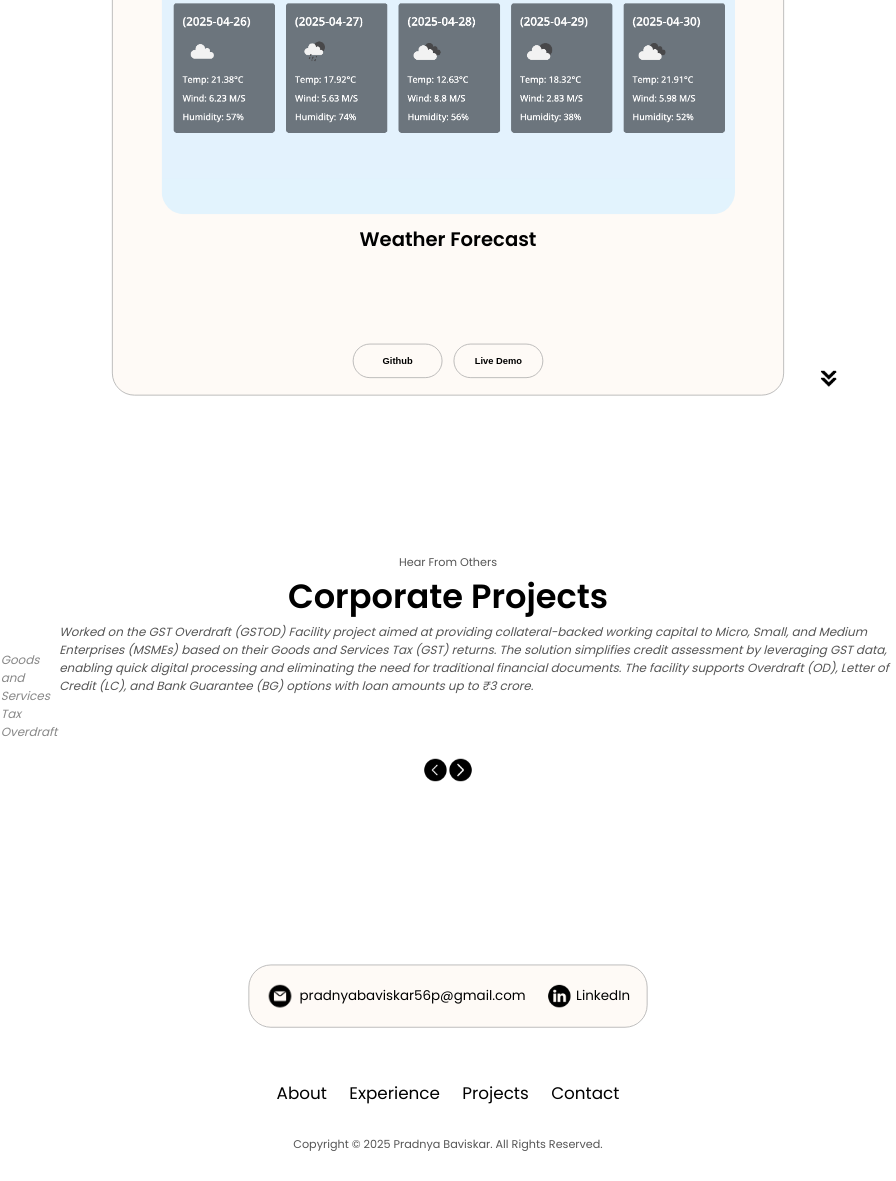
Repository: Pradnya-07/Portfolio-Pradnya
Page: index.html
These files come from the project's save history. The page is drawn as it stood at one moment and after the next save; the edit follows.
The browser window is 1280 px wide. The pictures show the part of the page from y = 4340 to 6260 px (the page is 6027 px tall before and 6260 px after), at 70% of full size.
A picture or video elsewhere on the page could not be fetched, so the positions and the page height are approximate.

Above is the page before, as saved 2025-05-04 12:25:12.

After the next save:
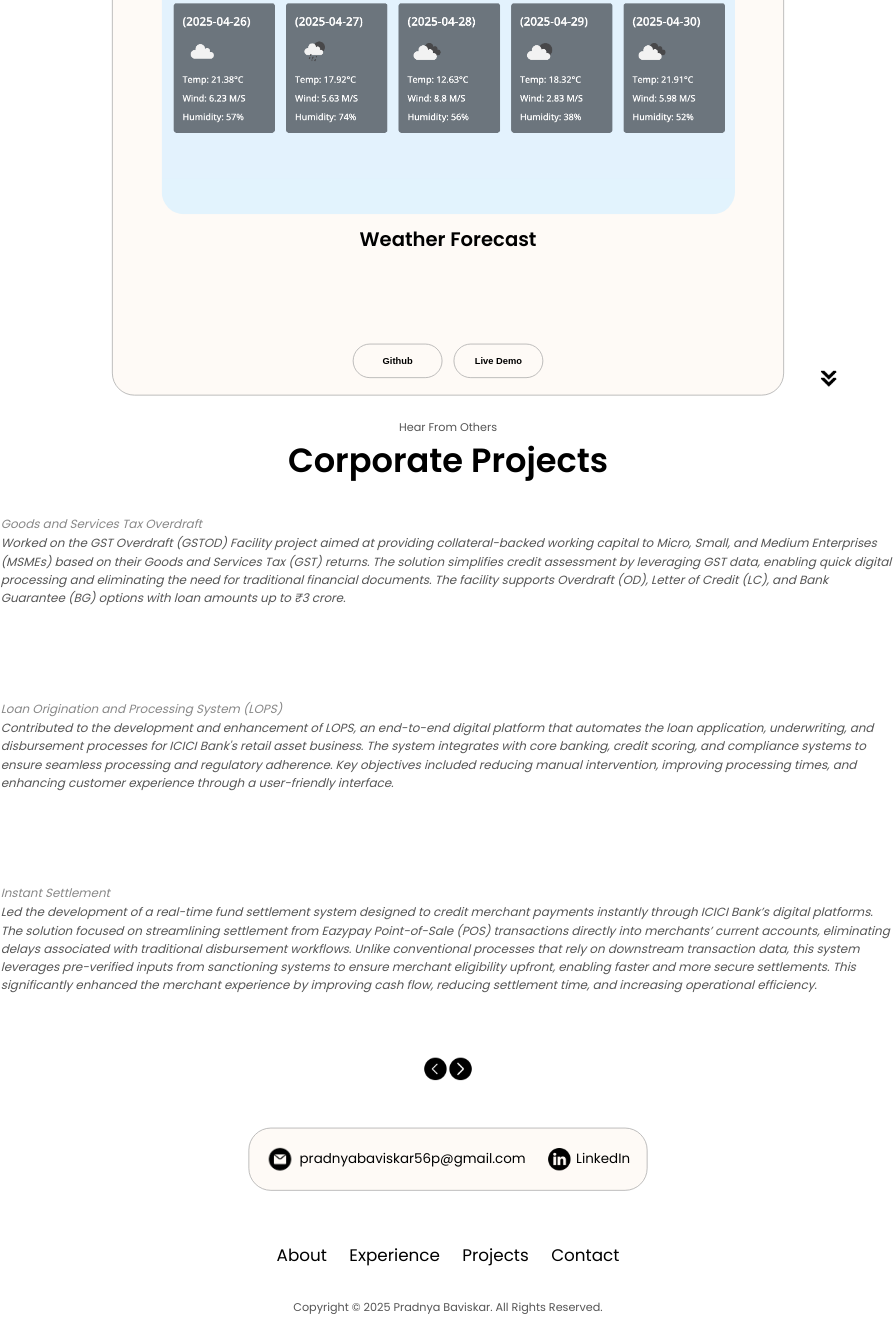
Saved 4 min 30 s later.
--- a/script.js
+++ b/script.js
@@ -37,39 +37,3 @@ function showTestimonials(n) {
 
   testimonials[counter - 1].style.display = "flex"
 }
-
-
-
-
-let count = 1;
-showcorporate(count);
-
-document.querySelector(".corpprev").addEventListener("click", () => {
-  computecorporate(-1)
-})
-
-document.querySelector(".corpnext").addEventListener("click", () => {
-  computecorporate(1)
-})
-
-function computecorporate(t) {
-  showcorporate((count += t))
-}
-
-function showcorporate(n) {
-  let i;
-  let corporate = document.getElementsByClassName("corporate");
-
-  if (n > corporate.length) {
-    count = 1;
-  }
-  if (n < 1) {
-    count = corporate.length;
-  }
-
-  for( i = 0; i < corporate.length; i++){
-    corporate[i].style.display = "none"
-  }
-
-  corporate[count - 1].style.display = "flex"
-}
